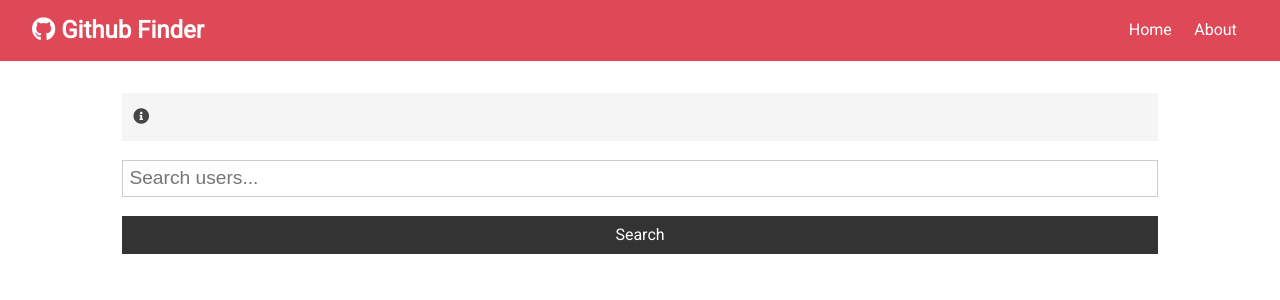
Repository: zhapar/github-finder
Page: /
The author's editor kept a copy of each file at every save. The page is drawn from the files as they stood at one save, then again after the next save.
The browser window is 1280 px wide. The pictures show the whole page.
Some web libraries are served in a nearby version. The project was rebuilt for these pictures with package versions that can differ from the ones it lists, and the page was loaded fresh each time. Also part of the build but not shown: src/components/users/UserItem.js, src/components/layout/Spinner.js, src/components/repos/RepoItem.js, src/components/repos/Repos.js, src/components/users/User.js. Imported but missing from the stored project, and not drawn on this page: src/components/pages/About, src/context/github/githubReducer.

Above is the page before, as saved 2020-05-10 11:17:06.

After the next save:
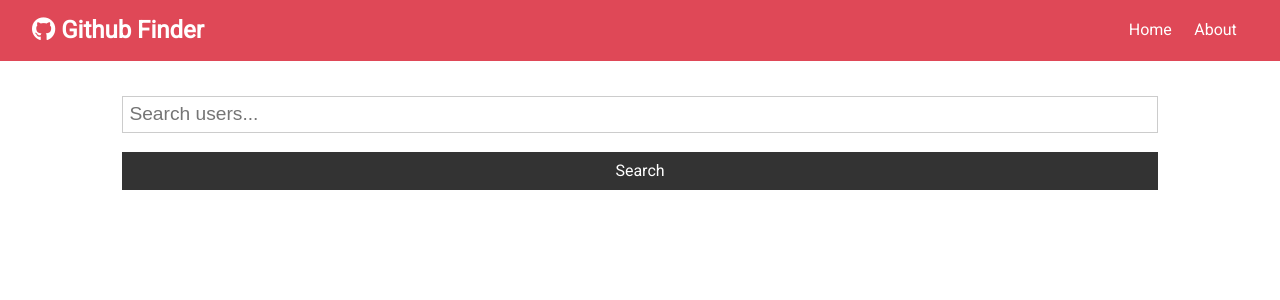
Saved 22 s later.
--- a/src/components/layout/Alert.js
+++ b/src/components/layout/Alert.js
@@ -3,6 +3,8 @@ import AlertContext from "../../context/alert/alertContext";
 
 export const Alert = () => {
   const alertContext = useContext(AlertContext);
+
+  const { alert } = alertContext;
 
   return (
     alert !== null && (
